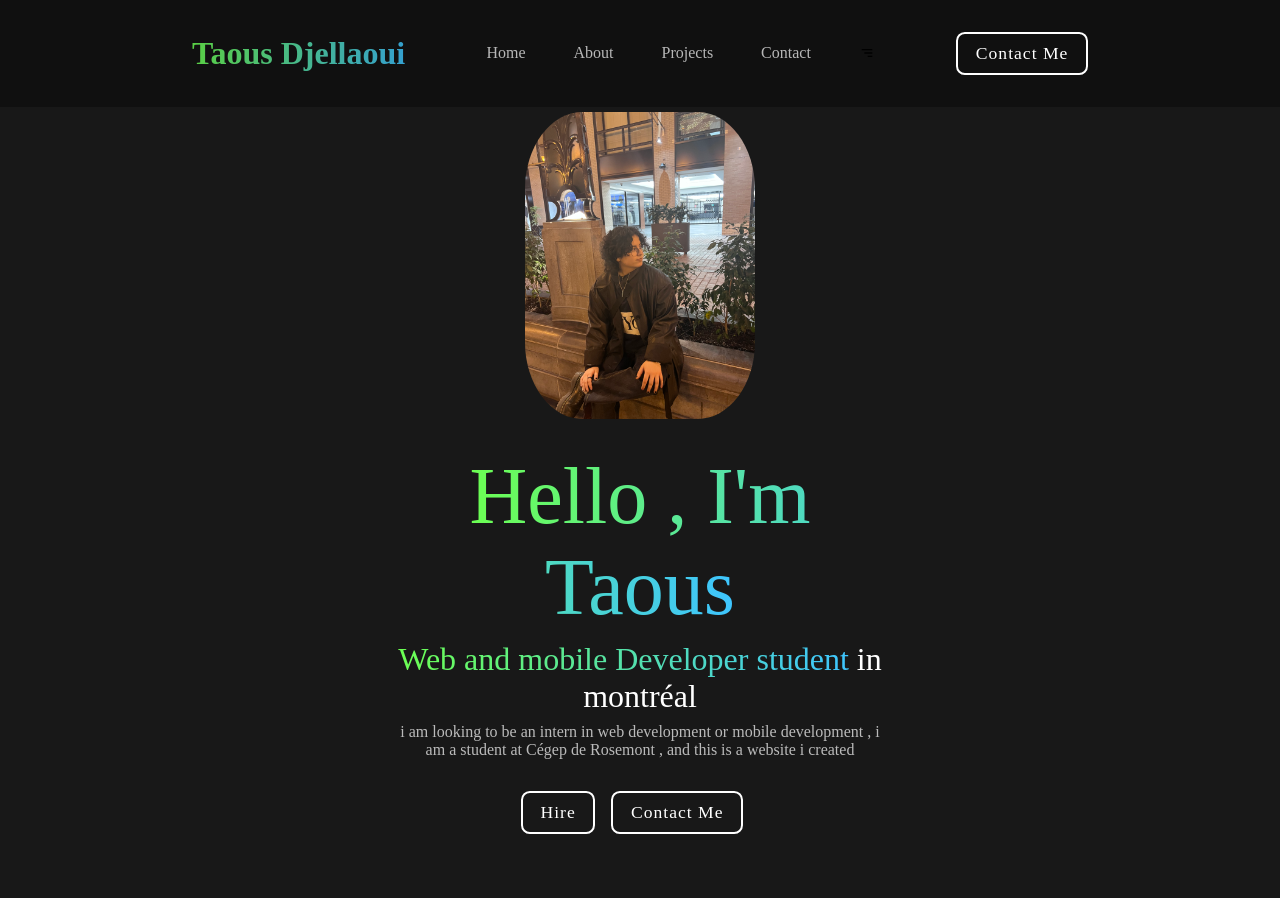
Repository: taousdjellaoui/portfolio-
Page: portfolio/index.html
The author's editor kept a copy of each file at every save. The page is drawn from the files as they stood at one save, then again after the next save.
The browser window is 1280 px wide. The pictures show the whole page.

Above is the page before, as saved 2024-09-23 21:07:44.

After the next save:
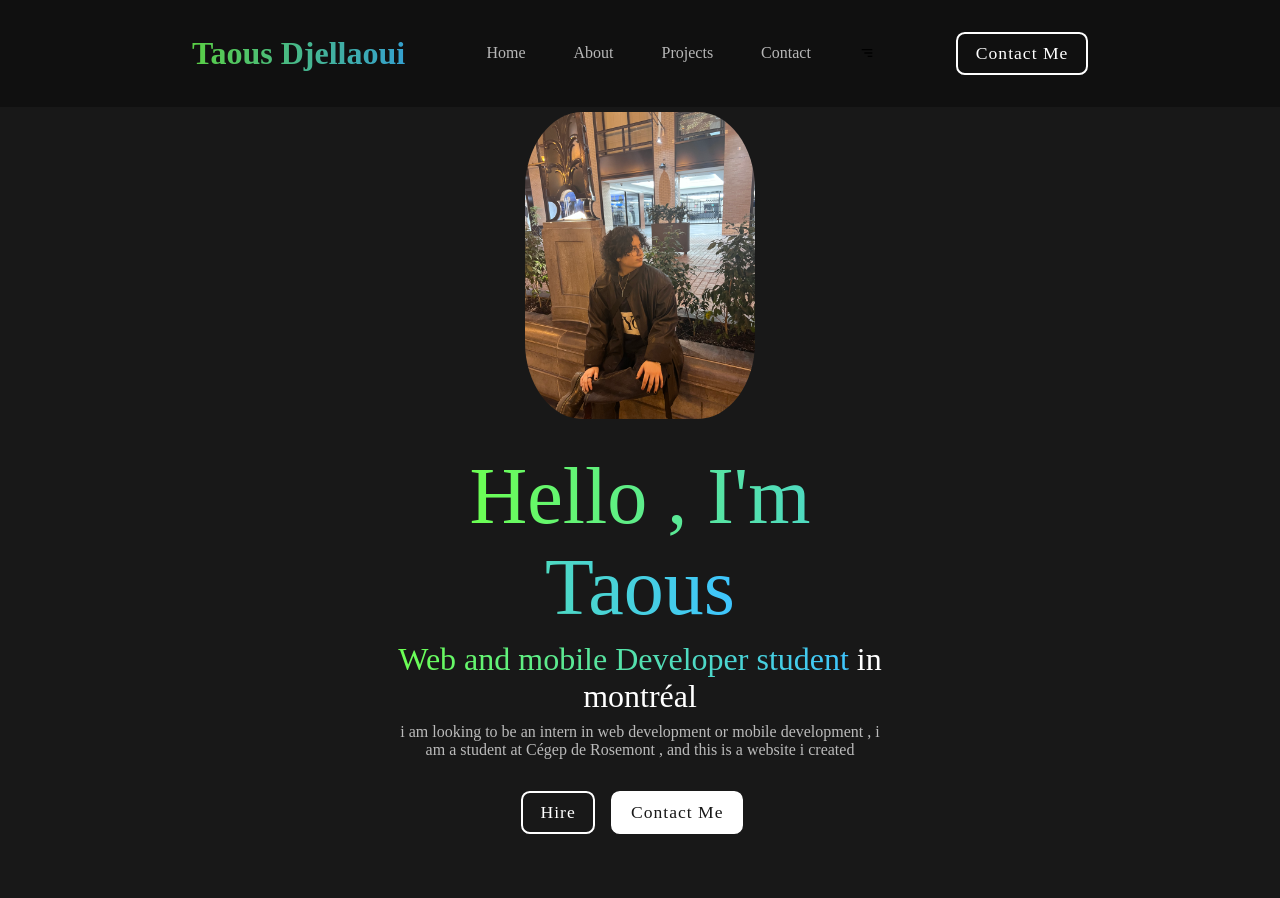
Saved 88 s later.
--- a/portfolio/style.css
+++ b/portfolio/style.css
@@ -122,3 +122,7 @@ margin-top: 3em;
   display: flex;
   gap: 1em;
 }
+.btn-box .btn:nth-of-type(2){
+  background-color:white;
+  color: var(--background)
+}
